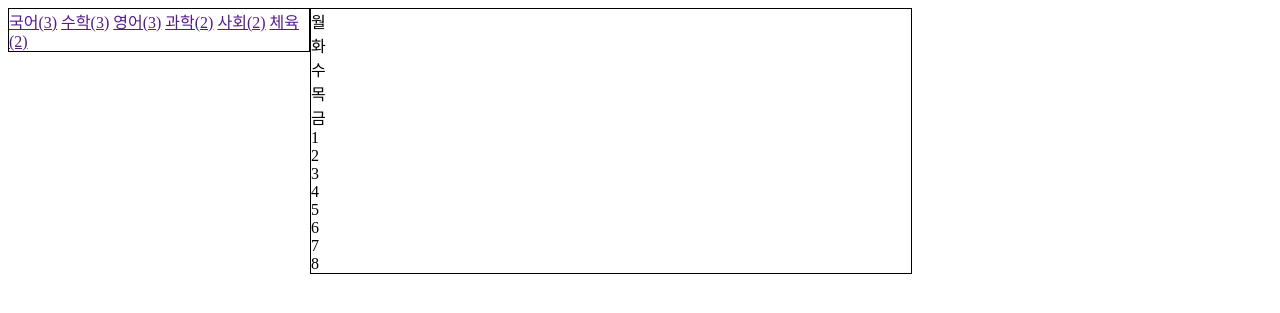
Repository: sh91c/jsp
Page: http://localhost/200701_SCORES/dragndrop/dragndrap_time.jsp
An editor plug-in stored every save of this project. The page is shown before and after the next save, followed by the edit.
The browser window is 1280 px wide. The pictures show the whole page.
Some web libraries are served in a nearby version. The page is served by Tomcat 9.

Above is the page before, as saved 2020-07-10 06:24:58.

After the next save:
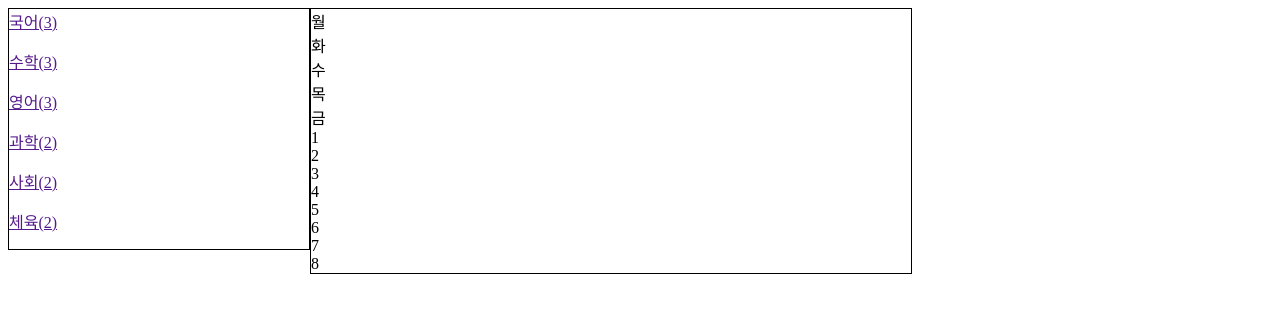
Saved 47 s later.
--- a/200701_SCORES/WebContent/dragndrop/dragndrap_time.jsp
+++ b/200701_SCORES/WebContent/dragndrop/dragndrap_time.jsp
@@ -9,6 +9,7 @@
 	#wrap{ clear: both; }
 	.subrow{ float: left; width: 300px; heigth: 500px; border: 1px solid black; }
 	.timerow{ float: left; width: 600px; heigth: 500px; border: 1px solid black; }
+	.sub{ display: block; width: 200px; height: 40px; }
 </style>
 <script src="https://code.jquery.com/jquery-1.12.4.js"></script>
 <script src="https://code.jquery.com/ui/1.12.1/jquery-ui.js"></script>
